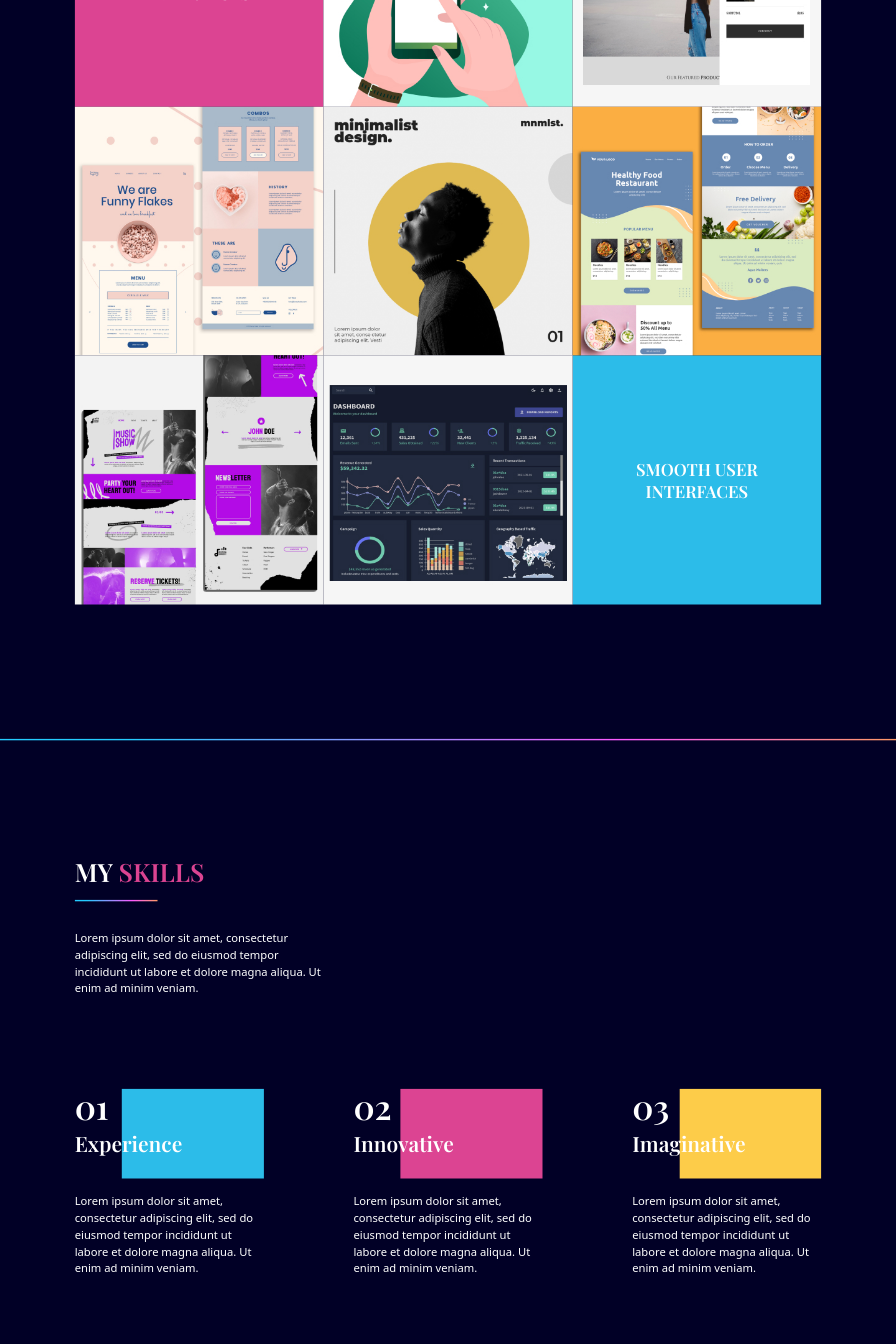
Repository: thibaultNicolas/portfolio-react
Page: /
These files come from the project's save history. The page is drawn as it stood at one moment and after a run of saves; the edit follows.
The browser window is 1280 px wide. The pictures show the part of the page from y = 2181 to 4101 px (the page is 4101 px tall before and 3959 px after), at 70% of full size.
The project was rebuilt for these pictures with package versions that can differ from the ones it lists, and the page was loaded fresh each time. Also part of the build but not shown: next.config.ts.

Above is the page before, as saved 2023-01-08 11:57:05.

After the next 6 saves:
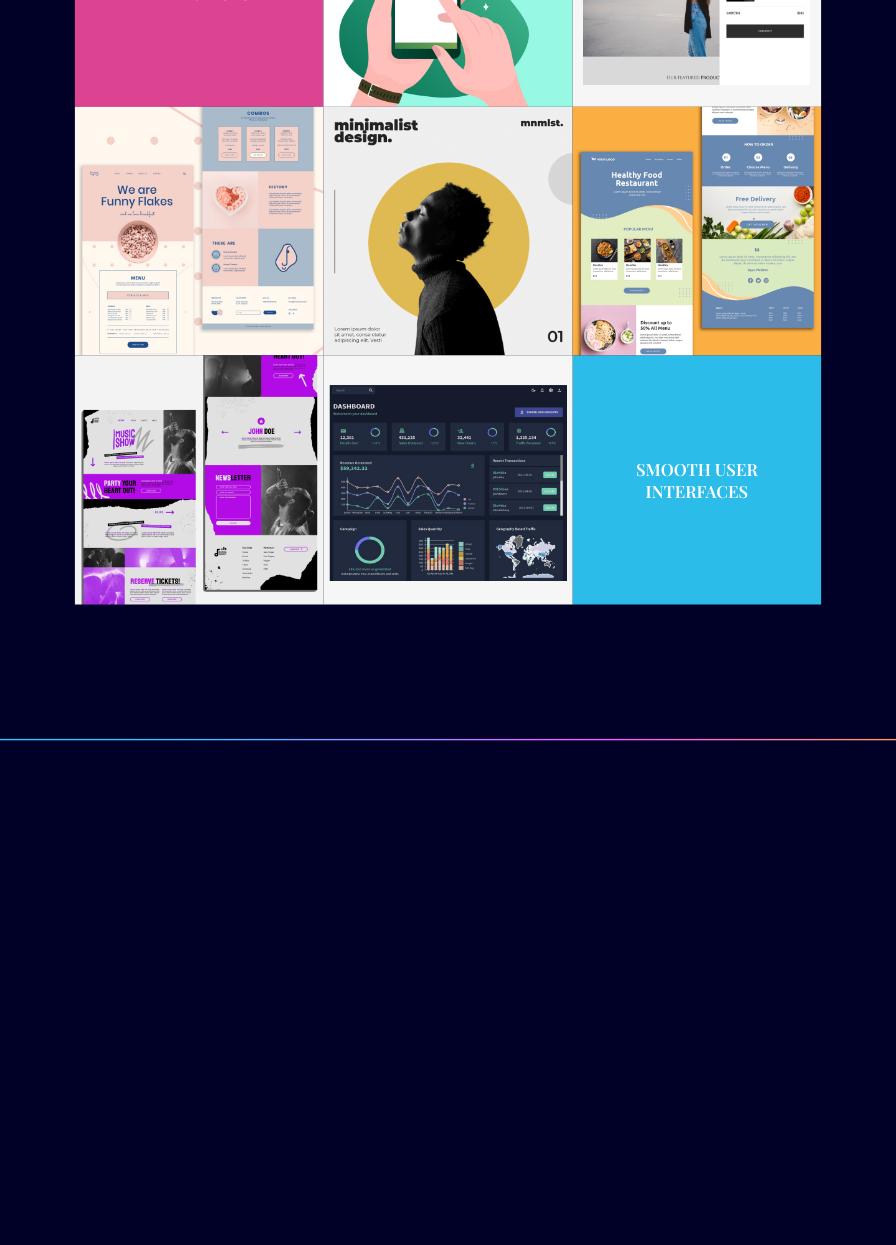
The 6 saves are shown as one change because 2 did not build or start and some came seconds apart.
The last was saved 25 s later.
--- a/src/scenes/Testimonials.jsx
+++ b/src/scenes/Testimonials.jsx
@@ -8,7 +8,7 @@ const Testimonials = () => {
     return (
         <section id="testimonials" className="pt-10 pb-24">
             {/* HEADING */}
-            <div className="md:flex md:justify-between md:gap-16 mt-32">
+
                 <motion.div
                     className="md:w-1/3"
                     initial="hidden"
@@ -20,108 +20,8 @@ const Testimonials = () => {
                         visible: { opacity: 1, x: 0 },
                     }}
                 >
-                    <p className="font-playfair font-semibold text-4xl mb-5">
-                        MY <span className="text-red">SKILLS</span>
-                    </p>
-                    <LineGradient width="w-1/3" />
-                    <p className="mt-10 mb-7">
-                        Lorem ipsum dolor sit amet, consectetur adipiscing elit,
-                        sed do eiusmod tempor incididunt ut labore et dolore
-                        magna aliqua. Ut enim ad minim veniam.
-                    </p>
+
                 </motion.div>
-
-            </div>
-            {/* SKILLS */}
-            <div className="md:flex md:justify-between mt-16 gap-32">
-                {/* EXPERIENCE */}
-                <motion.div
-                    className="md:w-1/3 mt-10"
-                    initial="hidden"
-                    whileInView="visible"
-                    viewport={{ once: true, amount: 0.5 }}
-                    transition={{ duration: 0.5 }}
-                    variants={{
-                        hidden: { opacity: 0, y: 50 },
-                        visible: { opacity: 1, y: 0 },
-                    }}
-                >
-                    <div className="relative h-32">
-                        <div className="z-10">
-                            <p className="font-playfair font-semibold text-5xl">
-                                01
-                            </p>
-                            <p className="font-playfair font-semibold text-3xl mt-3">
-                                Experience
-                            </p>
-                        </div>
-                        <div className="w-1/2 md:w-3/4 h-32 bg-blue absolute right-0 top-0 z-[-1]"></div>
-                    </div>
-                    <p className="mt-5">
-                        Lorem ipsum dolor sit amet, consectetur adipiscing elit,
-                        sed do eiusmod tempor incididunt ut labore et dolore
-                        magna aliqua. Ut enim ad minim veniam.
-                    </p>
-                </motion.div>
-                {/* INNOVATIVE */}
-                <motion.div
-                    className="md:w-1/3 mt-10"
-                    initial="hidden"
-                    whileInView="visible"
-                    viewport={{ once: true, amount: 0.5 }}
-                    transition={{ duration: 0.5 }}
-                    variants={{
-                        hidden: { opacity: 0, y: 50 },
-                        visible: { opacity: 1, y: 0 },
-                    }}
-                >
-                    <div className="relative h-32">
-                        <div className="z-10">
-                            <p className="font-playfair font-semibold text-5xl">
-                                02
-                            </p>
-                            <p className="font-playfair font-semibold text-3xl mt-3">
-                                Innovative
-                            </p>
-                        </div>
-                        <div className="w-1/2 md:w-3/4 h-32 bg-red absolute right-0 top-0 z-[-1]"></div>
-                    </div>
-                    <p className="mt-5">
-                        Lorem ipsum dolor sit amet, consectetur adipiscing elit,
-                        sed do eiusmod tempor incididunt ut labore et dolore
-                        magna aliqua. Ut enim ad minim veniam.
-                    </p>
-                </motion.div>
-                {/* IMAGINATIVE */}
-                <motion.div
-                    className="md:w-1/3 mt-10"
-                    initial="hidden"
-                    whileInView="visible"
-                    viewport={{ once: true, amount: 0.5 }}
-                    transition={{ duration: 0.5 }}
-                    variants={{
-                        hidden: { opacity: 0, y: 50 },
-                        visible: { opacity: 1, y: 0 },
-                    }}
-                >
-                    <div className="relative h-32">
-                        <div className="z-10">
-                            <p className="font-playfair font-semibold text-5xl">
-                                03
-                            </p>
-                            <p className="font-playfair font-semibold text-3xl mt-3">
-                                Imaginative
-                            </p>
-                        </div>
-                        <div className="w-1/2 md:w-3/4 h-32 bg-yellow absolute right-0 top-0 z-[-1]"></div>
-                    </div>
-                    <p className="mt-5">
-                        Lorem ipsum dolor sit amet, consectetur adipiscing elit,
-                        sed do eiusmod tempor incididunt ut labore et dolore
-                        magna aliqua. Ut enim ad minim veniam.
-                    </p>
-                </motion.div>
-            </div>
         </section>
     );
 };
